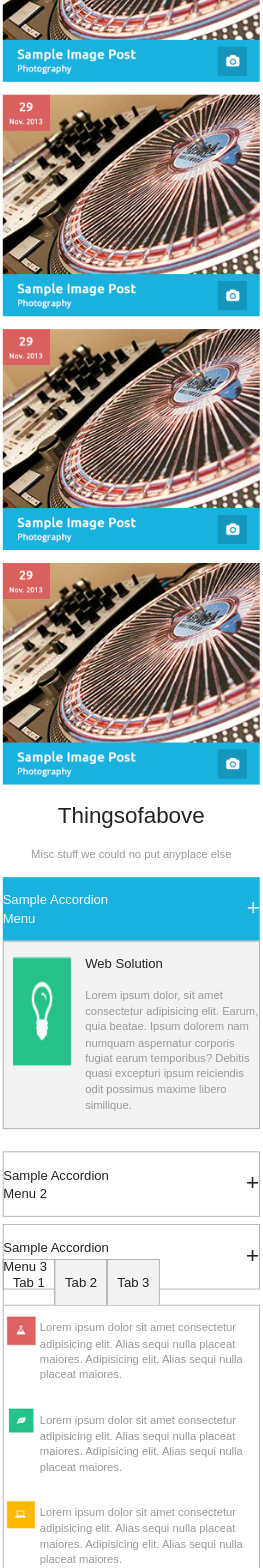
Repository: anoncoderin/madhu_kushal_html_layout
Page: metrosite_week4hw/index.html
These files come from the project's save history. The page is drawn as it stood at one moment and after the next save; the edit follows.
The browser window is 375 px wide. The pictures show the part of the page from y = 4260 to 6500 px (the page is 8281 px tall before and 8364 px after), at 70% of full size.

Above is the page before, as saved 2023-02-04 20:34:23.

After the next save:
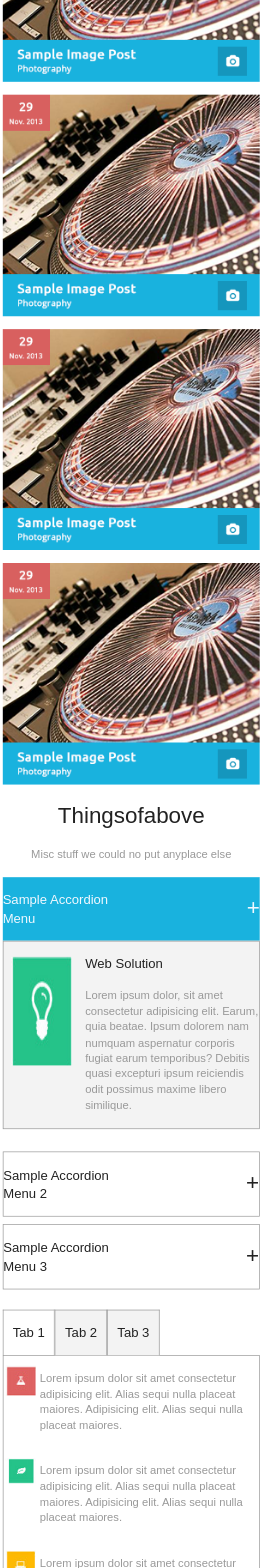
Saved 111 s later.
--- a/metrosite_week4hw/css/main.css
+++ b/metrosite_week4hw/css/main.css
@@ -225,6 +225,14 @@
       display: none;
   }
 
+  .table-switch {
+    display: grid;
+    grid-template-columns: 1fr;
+    max-width: 36rem;
+    gap: 4.5rem 1.5rem;
+    margin: 0px auto 3%;
+}
+
   }
   /* Medium and up */
   @media screen and (min-width: 40em) {
